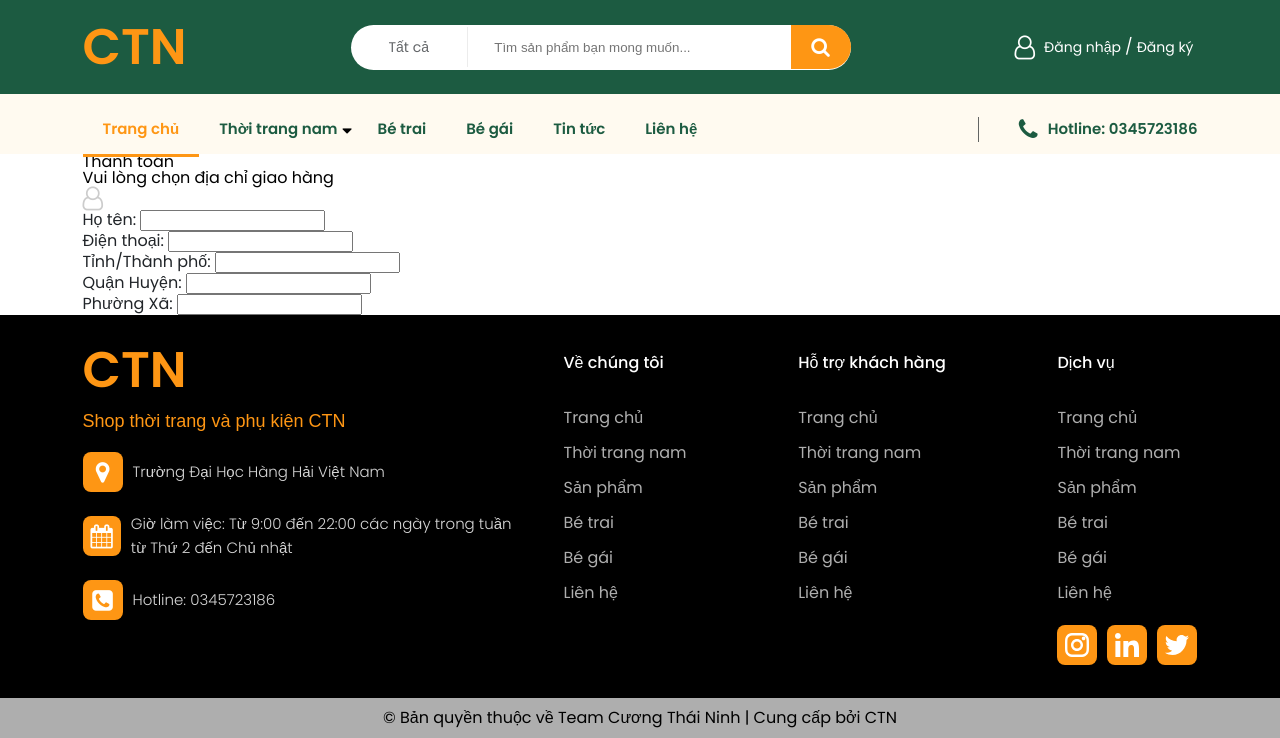
Repository: cuongchua2k2/BaiTapLon-web
Page: deliver.html
These files come from the project's save history. The page is drawn as it stood at one moment and after the next save; the edit follows.
The browser window is 1280 px wide. The pictures show the whole page.

Above is the page before, as saved 2023-12-23 13:51:56.
Console error: TypeError: Cannot read properties of null (reading 'style')

### deliver.html
<!DOCTYPE html>
<html lang="en">
  <head>
    <meta charset="UTF-8" />
    <meta name="viewport" content="width=device-width, initial-scale=1.0" />
    <!-- reset css -->
    <link rel="stylesheet" href="./assets/css/reset.css" />
    <!-- style css -->
    <link rel="stylesheet" href="./assets/css/style.css" />
    <!-- icon -->
    <link
      rel="stylesheet"
      href="https://cdnjs.cloudflare.com/ajax/libs/font-awesome/4.7.0/css/font-awesome.min.css"
    />
    <!-- font  -->
    <link rel="stylesheet" href="./assets/font/stylesheet.css" />
    <title>Bài tập lớn - shop bán quần áo</title>
    <script src="./assets/javascript/app.js"></script>
  </head>
  <body>
    <!-- header -->
    <div id="home"></div>
    <header>
      <div id="header">
        <div class="content">
          <!-- header-nav -->
          <div class="nav">
            <div class="nav__logo">
              <a href="./index.html"><span class="logo__content">CTN</span></a>
            </div>
            <!-- search -->
            <div class="nav__search">
              <p class="nav__desc">Tất cả</p>
              <input
                type="text"
                class="nav__txtsearch"
                placeholder="Tìm sản phẩm bạn mong muốn..."
              />
              <button class="nav__btn--search">
                <i class="fa fa-search" style="font-size: 20px"></i>
              </button>
            </div>
            <!-- login -->
            <div class="login">
              <i
                class="fa fa-user-o"
                style="font-size: 24px; color: #fff; margin-right: 5px"
              ></i>
              <a href="#!" class="btn btn-login">Đăng nhập</a>
              <span style="color: #fff">/</span>
              <a href="#!" class="btn btn-create">Đăng ký</a>
            </div>
          </div>
        </div>
      </div>
      <!-- navbar -->
      <div class="navbar">
        <div class="content navbar__content">
          <ul class="navbar__lv1">
            <li>
              <a href="./index.html" class="active lv1__item">Trang chủ</a>
            </li>
            <li class="lv2">
              <a href="#!" class="lv1__item">Thời trang nam</a>
              <i class="fa fa-sort-desc arrow"></i>
              <ul class="navbar__lv2">
                <li>
                  <a href="#!" class="lv1__item">Sơ mi nam</a>
                </li>
                <li>
                  <a href="#!" class="lv1__item">Quần âu nam</a>
                </li>
                <li>
                  <a href="#!" class="lv1__item">Quần short nam</a>
                </li>
              </ul>
            </li>
            <li>
              <a href="#!" class="lv1__item">Bé trai</a>
            </li>
            <li>
              <a href="#!" class="lv1__item">Bé gái</a>
            </li>
            <li>
              <a href="#!" class="lv1__item">Tin tức</a>
            </li>
            <li>
              <a href="#!" class="lv1__item">Liên hệ</a>
            </li>
          </ul>
          <div class="horizontal"></div>
          <a href="tel:0345723186" class="hotline">
            <i class="fa fa-phone" style="font-size: 24px; color: #1c5b41"></i>
            <span class="hotline__desc">Hotline: 0345723186</span>
          </a>
        </div>
      </div>
    </header>
    <!-- main delivery -->
    <main>
      <div class="delivery">
        <div class="content">
          <!-- left -->
          <div class="delivery__left">
            <h1 class="delivery__title">Thanh toán</h1>
            <p class="delivery__desc">Vui lòng chọn địa chỉ giao hàng</p>
            <div class="login">
              <i
                class="fa fa-user-o"
                style="font-size: 24px; color: #ccc; margin-right: 5px"
              ></i>
              <a href="#!" class="btn delivery__login"
                >Đăng nhập (nếu bạn đã có tài khoản của CTN)</a
              >
            </div>
            <div class="delivery__address">
              <!-- item 1 -->
              <div class="delivery__address__item">
                <label for="">Họ tên:</label>
                <input type="text" />
              </div>
              <!-- item 2 -->
              <div class="delivery__address__item">
                <label for="">Điện thoại:</label>
                <input type="text" />
              </div>
              <!-- item 3 -->
              <div class="delivery__address__item">
                <label for="">Tỉnh/Thành phố:</label>
                <input type="text" />
              </div>
              <!-- item 4 -->
              <div class="delivery__address__item">
                <label for="">Quận Huyện:</label>
                <input type="text" />
              </div>
              <!-- item 5 -->
              <div class="delivery__address__item">
                <label for="">Phường Xã:</label>
                <input type="text" />
              </div>
            </div>
          </div>
          <!-- .delivery right -->
          <div class="delivery__right"></div>
        </div>
      </div>
    </main>
    <!-- footer -->
    <footer>
      <div class="footer-body">
        <div class="content footer__content">
          <div class="footer__left">
            <div class="nav__logo">
              <a href="./index.html"><span class="logo__content">CTN</span></a>
            </div>
            <p class="logo__desc">Shop thời trang và phụ kiện CTN</p>
            <div class="info-shop">
              <!-- location -->
              <i
                class="fa fa-map-marker info__icon"
                style="font-size: 24px"
              ></i>
              <span class="info-shop__desc"
                >Trường Đại Học Hàng Hải Việt Nam</span
              >
            </div>
            <!-- work time -->
            <div class="info-shop">
              <i class="fa fa-calendar info__icon" style="font-size: 24px"></i>
              <span class="info-shop__desc"
                >Giờ làm việc: Từ 9:00 đến 22:00 các ngày trong tuần từ Thứ 2
                đến Chủ nhật</span
              >
            </div>
            <!-- hotline -->
            <div class="info-shop">
              <i
                class="fa fa-phone-square info__icon"
                style="font-size: 24px"
              ></i>
              <a href="tel:0345723186" class="info-shop__desc"
                >Hotline: 0345723186</a
              >
            </div>
          </div>
          <div class="footer__right">
            <!-- menu 1 -->
            <ul class="menu">
              <li class="menu__title">Về chúng tôi</li>
              <li class="menu__item">
                <a href="./index.html">Trang chủ</a>
              </li>
              <li class="menu__item">
                <a href="#!">Thời trang nam</a>
              </li>
              <li class="menu__item">
                <a href="#!">Sản phẩm</a>
              </li>
              <li class="menu__item">
                <a href="#!">Bé trai</a>
              </li>
              <li class="menu__item">
                <a href="#!">Bé gái</a>
              </li>
              <li class="menu__item">
                <a href="#!">Liên hệ</a>
              </li>
            </ul>
            <!-- menu 2 -->
            <ul class="menu">
              <li class="menu__title">Hỗ trợ khách hàng</li>
              <li class="menu__item">
                <a href="./index.html">Trang chủ</a>
              </li>
              <li class="menu__item">
                <a href="#!">Thời trang nam</a>
              </li>
              <li class="menu__item">
                <a href="#!">Sản phẩm</a>
              </li>
              <li class="menu__item">
                <a href="#!">Bé trai</a>
              </li>
              <li class="menu__item">
                <a href="#!">Bé gái</a>
              </li>
              <li class="menu__item">
                <a href="#!">Liên hệ</a>
              </li>
            </ul>
            <!-- menu 3 -->
            <ul class="menu">
              <li class="menu__title">Dịch vụ</li>
              <li class="menu__item">
                <a href="./index.html">Trang chủ</a>
              </li>
              <li class="menu__item">
                <a href="#!">Thời trang nam</a>
              </li>
              <li class="menu__item">
                <a href="#!">Sản phẩm</a>
              </li>
              <li class="menu__item">
                <a href="#!">Bé trai</a>
              </li>
              <li class="menu__item">
                <a href="#!">Bé gái</a>
              </li>
              <li class="menu__item">
                <a href="#!">Liên hệ</a>
              </li>
              <li class="social-network">
                <a href="#!"
                  ><img
                    src="./assets/img/Instagram.svg"
                    alt=""
                    class="info__icon"
                /></a>
                <a href="#!"
                  ><img
                    src="./assets/img/linked_in.svg"
                    alt=""
                    class="info__icon"
                /></a>
                <a href="#!"
                  ><img
                    src="./assets/img/twitter.svg"
                    alt=""
                    class="info__icon"
                /></a>
              </li>
            </ul>
          </div>
        </div>
      </div>
      <div class="exclusive">
        <span class="exclusive__desc"
          >© Bản quyền thuộc về Team Cương Thái Ninh | Cung cấp bởi CTN
        </span>
      </div>
    </footer>
  </body>
</html>

### assets/font/stylesheet.css
@font-face {
    font-family: 'Poppins';
    src: url('Poppins-Black.woff2') format('woff2'),
        url('Poppins-Black.woff') format('woff');
    font-weight: 900;
    font-style: normal;
    font-display: swap;
}

@font-face {
    font-family: 'Poppins';
    src: url('Poppins-Bold.woff2') format('woff2'),
        url('Poppins-Bold.woff') format('woff');
    font-weight: bold;
    font-style: normal;
    font-display: swap;
}

@font-face {
    font-family: 'Poppins';
    src: url('Poppins-BlackItalic.woff2') format('woff2'),
        url('Poppins-BlackItalic.woff') format('woff');
    font-weight: 900;
    font-style: italic;
    font-display: swap;
}

@font-face {
    font-family: 'Poppins';
    src: url('Poppins-BoldItalic.woff2') format('woff2'),
        url('Poppins-BoldItalic.woff') format('woff');
    font-weight: bold;
    font-style: italic;
    font-display: swap;
}

@font-face {
    font-family: 'Poppins';
    src: url('Poppins-ExtraLightItalic.woff2') format('woff2'),
        url('Poppins-ExtraLightItalic.woff') format('woff');
    font-weight: 200;
    font-style: italic;
    font-display: swap;
}

@font-face {
    font-family: 'Poppins';
    src: url('Poppins-ExtraBoldItalic.woff2') format('woff2'),
        url('Poppins-ExtraBoldItalic.woff') format('woff');
    font-weight: bold;
    font-style: italic;
    font-display: swap;
}

@font-face {
    font-family: 'Poppins';
    src: url('Poppins-ExtraBold.woff2') format('woff2'),
        url('Poppins-ExtraBold.woff') format('woff');
    font-weight: bold;
    font-style: normal;
    font-display: swap;
}

@font-face {
    font-family: 'Poppins';
    src: url('Poppins-Italic.woff2') format('woff2'),
        url('Poppins-Italic.woff') format('woff');
    font-weight: normal;
    font-style: italic;
    font-display: swap;
}

@font-face {
    font-family: 'Poppins';
    src: url('Poppins-ExtraLight.woff2') format('woff2'),
        url('Poppins-ExtraLight.woff') format('woff');
    font-weight: 200;
    font-style: normal;
    font-display: swap;
}

@font-face {
    font-family: 'Poppins';
    src: url('Poppins-Regular.woff2') format('woff2'),
        url('Poppins-Regular.woff') format('woff');
    font-weight: normal;
    font-style: normal;
    font-display: swap;
}

@font-face {
    font-family: 'Poppins';
    src: url('Poppins-LightItalic.woff2') format('woff2'),
        url('Poppins-LightItalic.woff') format('woff');
    font-weight: 300;
    font-style: italic;
    font-display: swap;
}

@font-face {
    font-family: 'Poppins';
    src: url('Poppins-SemiBold.woff2') format('woff2'),
        url('Poppins-SemiBold.woff') format('woff');
    font-weight: 600;
    font-style: normal;
    font-display: swap;
}

@font-face {
    font-family: 'Poppins';
    src: url('Poppins-Light.woff2') format('woff2'),
        url('Poppins-Light.woff') format('woff');
    font-weight: 300;
    font-style: normal;
    font-display: swap;
}

@font-face {
    font-family: 'Poppins';
    src: url('Poppins-Medium.woff2') format('woff2'),
        url('Poppins-Medium.woff') format('woff');
    font-weight: 500;
    font-style: normal;
    font-display: swap;
}

@font-face {
    font-family: 'Poppins';
    src: url('Poppins-MediumItalic.woff2') format('woff2'),
        url('Poppins-MediumItalic.woff') format('woff');
    font-weight: 500;
    font-style: italic;
    font-display: swap;
}

@font-face {
    font-family: 'Poppins';
    src: url('Poppins-Thin.woff2') format('woff2'),
        url('Poppins-Thin.woff') format('woff');
    font-weight: 100;
    font-style: normal;
    font-display: swap;
}

@font-face {
    font-family: 'Poppins';
    src: url('Poppins-ThinItalic.woff2') format('woff2'),
        url('Poppins-ThinItalic.woff') format('woff');
    font-weight: 100;
    font-style: italic;
    font-display: swap;
}

@font-face {
    font-family: 'Poppins';
    src: url('Poppins-SemiBoldItalic.woff2') format('woff2'),
        url('Poppins-SemiBoldItalic.woff') format('woff');
    font-weight: 600;
    font-style: italic;
    font-display: swap;
}

Loaded but not shown: assets/css/reset.css (common file); assets/javascript/app.js (42 lines, source omitted); assets/css/style.css (803 lines, source omitted)

After the next save:
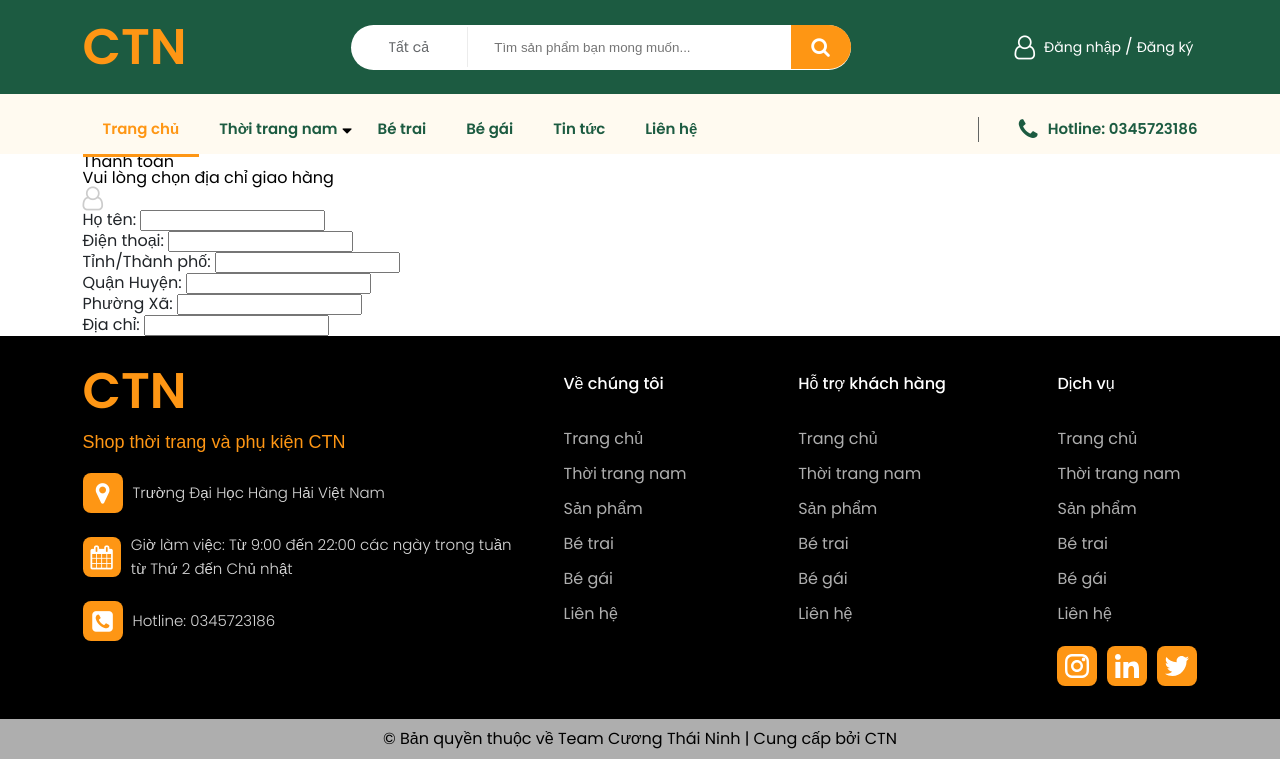
Saved 5 min 50 s later.
--- a/deliver.html
+++ b/deliver.html
@@ -139,6 +139,11 @@
                 <label for="">Phường Xã:</label>
                 <input type="text" />
               </div>
+              <!-- item 6 -->
+              <div class="delivery__address__item">
+                <label for="">Địa chỉ:</label>
+                <input type="text" />
+              </div>
             </div>
           </div>
           <!-- .delivery right -->
